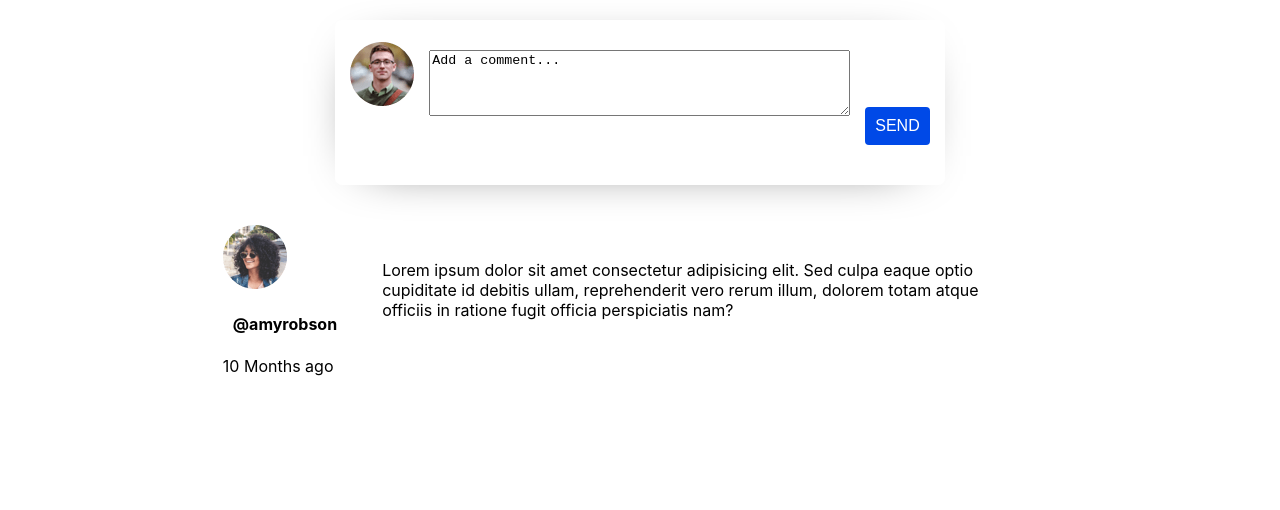
Repository: badhon252/interactive-comments-section
Page: /
An editor plug-in stored every save of this project. The page is shown before and after the next save, followed by the edit.
The browser window is 1280 px wide. The pictures show the whole page.
The project was rebuilt for these pictures with package versions that can differ from the ones it lists, and the page was loaded fresh each time.

Above is the page before, as saved 2022-01-27 22:10:54.

After the next save:
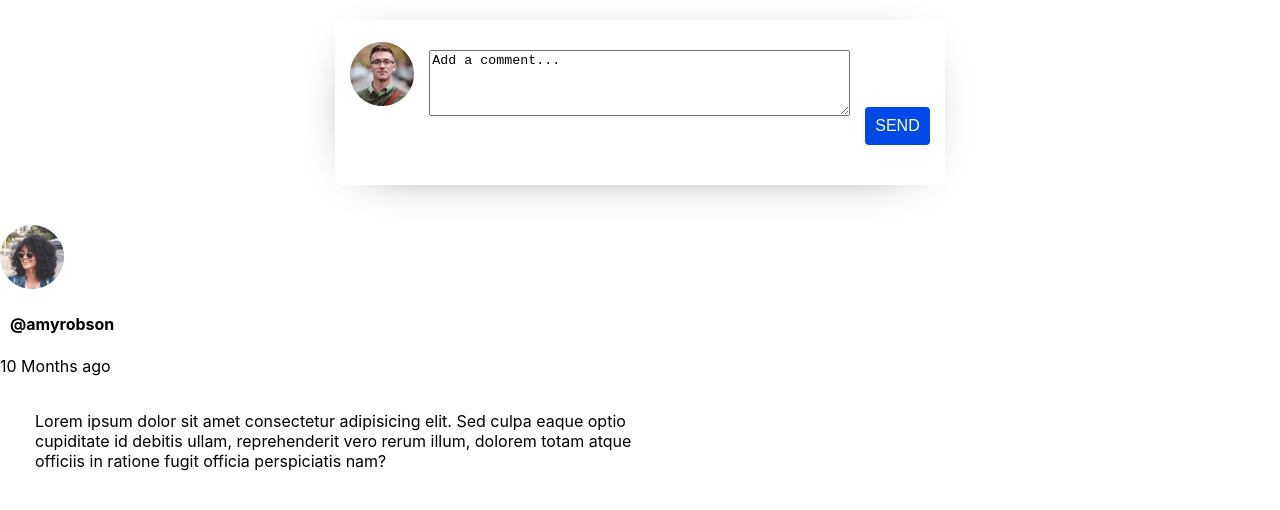
Saved 7 s later.
--- a/src/App.css
+++ b/src/App.css
@@ -40,8 +40,6 @@ textarea {
 /* single comment section ==== */
 .comments {
   margin: 20px 0;
-  justify-content: center;
-  display: flex;
 }
 .profile-info {
   display: block;
